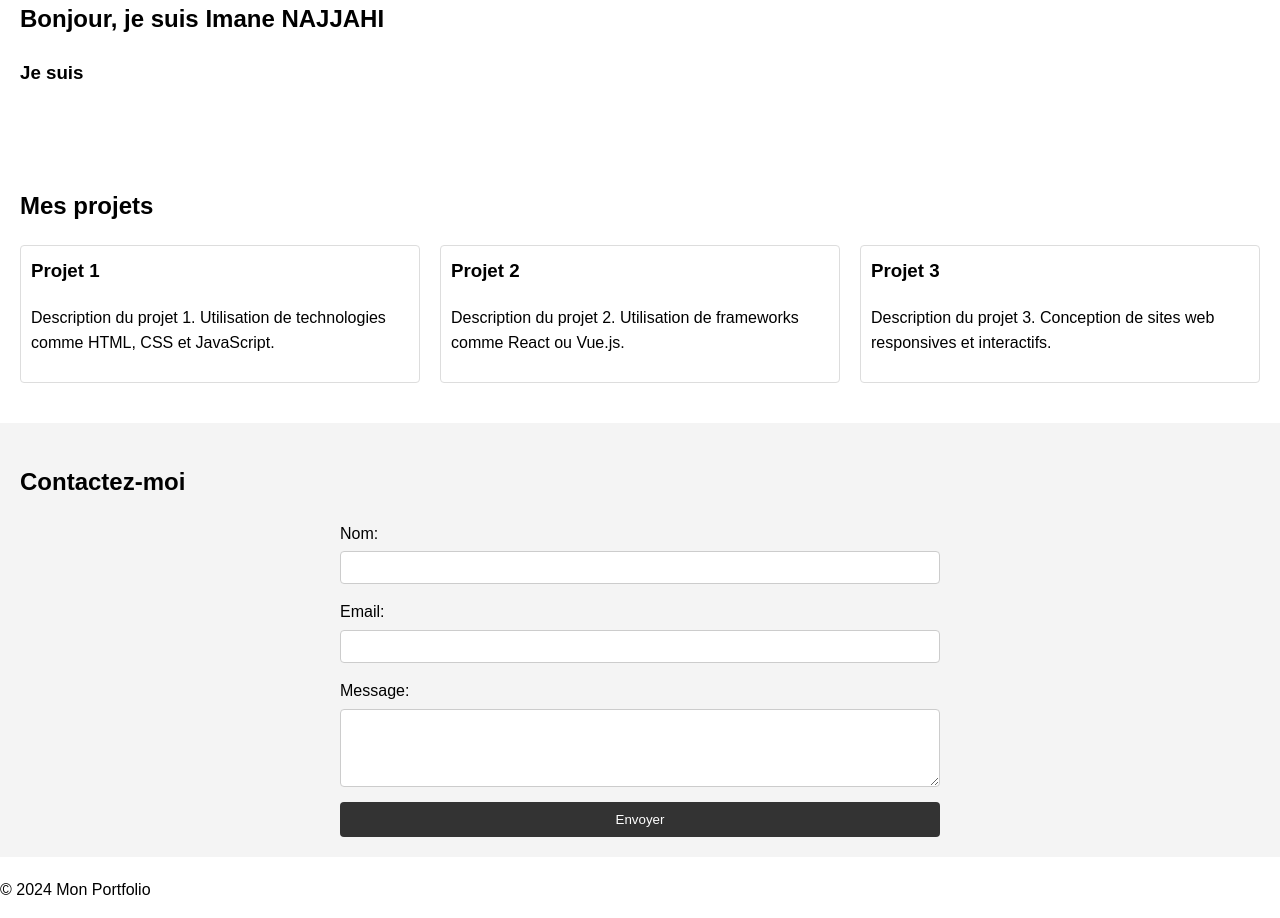
Repository: Najjahi/10mentions_web_back
Page: 02_PHP/portefolio/apropos.html
The author's editor kept a copy of each file at every save. The page is drawn from the files as they stood at one save, then again after the next save.
The browser window is 1280 px wide. The pictures show the part of the page from y = 439 to 1357 px (the page is 1357 px tall).
A picture or video elsewhere on the page could not be fetched, so the positions and the page height are approximate.

Above is the page before, as saved 2024-11-30 16:00:41.

### 02_PHP/portefolio/apropos.html
<!DOCTYPE html>
<html lang="fr">
<head>
    <meta charset="UTF-8">
    <meta name="viewport" content="width=device-width, initial-scale=1.0">
    <title>Mon Portfolio</title>
    <link rel="stylesheet" href="style.css">
</head>
<body>
    <header>
        <a href="#" class="logo">Imane</a>

        <nav>
            <a href="#" class="active">Home</a>
            <a href="#">Experience</a>
            <a href="#">Etudes</a>
            <a href="#">Langues</a>
            <a href="#">Contact</a>
        </nav>
    </header>

    <section class="home">
        <div class="home_img">
            <img src="main.jpg" alt="">
        </div>
        <div class="contact">
            <h1>Bonjour, je suis <span>Imane NAJJAHI</span></h1>
            <h3 class="text"> Je suis <span></span></h3>
        </div>
            <p></p>
    </section>

    <section id="projets">
        <h2>Mes projets</h2>
        <div class="project-list">
            <article class="project">
                <h3>Projet 1</h3>
                <p>Description du projet 1. Utilisation de technologies comme HTML, CSS et JavaScript.</p>
            </article>
            <article class="project">
                <h3>Projet 2</h3>
                <p>Description du projet 2. Utilisation de frameworks comme React ou Vue.js.</p>
            </article>
            <article class="project">
                <h3>Projet 3</h3>
                <p>Description du projet 3. Conception de sites web responsives et interactifs.</p>
            </article>
        </div>
    </section>

    <section id="contact">
        <h2>Contactez-moi</h2>
        <form>
            <label for="name">Nom:</label>
            <input type="text" id="name" name="name" required>

            <label for="email">Email:</label>
            <input type="email" id="email" name="email" required>

            <label for="message">Message:</label>
            <textarea id="message" name="message" rows="4" required></textarea>

            <button type="submit">Envoyer</button>
        </form>
    </section>

    <footer>
        <p>&copy; 2024 Mon Portfolio</p>
    </footer>
</body>
</html>

### 02_PHP/portefolio/css/style.css
body {
    font-family: Arial, sans-serif;
    margin: 0;
    padding: 0;
    line-height: 1.6;
}

header {
    background: #333;
    color: #fff;
    padding: 10px 20px;
    text-align: center;
}

nav ul {
    list-style: none;
    padding: 0;
    display: flex;
    justify-content: center;
}

nav ul li {
    margin: 0 15px;
}

nav ul li a {
    color: #fff;
    text-decoration: none;
}

/* Styles des sections */
section {
    padding: 20px;
    margin: 20px 0;
}

section#about {
    background: #f4f4f4;
}

section#projects {
    background: #e2e2e2;
}

section#contact {
    background: #f4f4f4;
}

/* Styles du formulaire */
form {
    display: flex;
    flex-direction: column;
    max-width: 600px;
    margin: auto;
}

form label {
    margin-bottom: 5px;
}

form input, form textarea {
    margin-bottom: 15px;
    padding: 8px;
    border: 1px solid #ccc;
    border-radius: 4px;
}

form button {
    padding: 10px;
    background: #333;
    color: #fff;
    border: none;
    border-radius: 4px;
    cursor: pointer;
}

form button:hover {
    background: #555;
}

/* Styles pour les projets */
.project-list {
    display: grid;
    grid-template-columns: repeat(auto-fit, minmax(250px, 1fr));
    gap: 20px;
}

.project {
    padding: 10px;
    background: #fff;
    border: 1px solid #ddd;
    border-radius: 4px;
}

.project h3 {
    margin-top: 0;
}

After the next save:
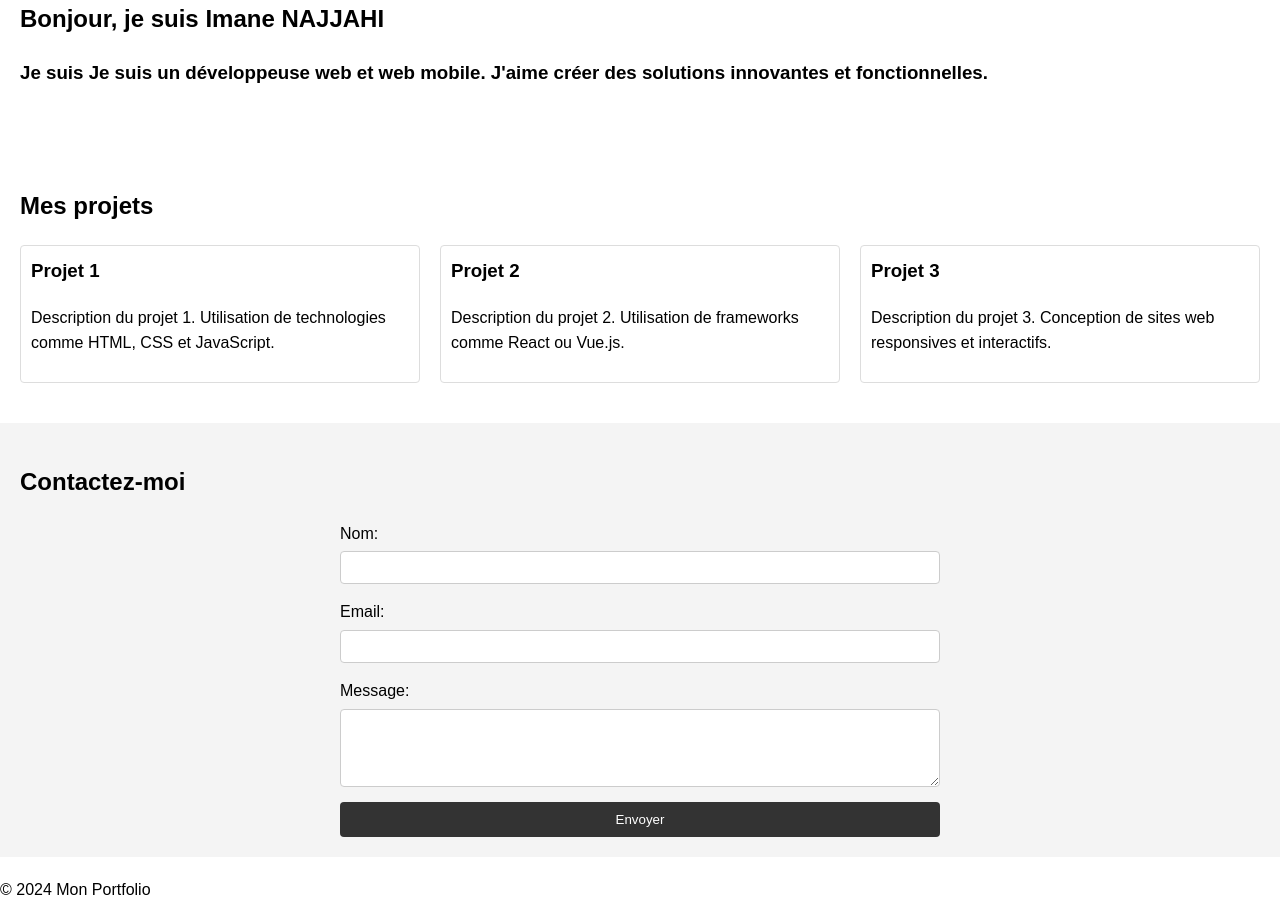
Saved 1 s later.
--- a/02_PHP/portefolio/apropos.html
+++ b/02_PHP/portefolio/apropos.html
@@ -25,7 +25,7 @@
         </div>
         <div class="contact">
             <h1>Bonjour, je suis <span>Imane NAJJAHI</span></h1>
-            <h3 class="text"> Je suis <span></span></h3>
+            <h3 class="text"> Je suis <span>Je suis un développeuse web et web mobile. J'aime créer des solutions innovantes et fonctionnelles.</span></h3>
         </div>
             <p></p>
     </section>
